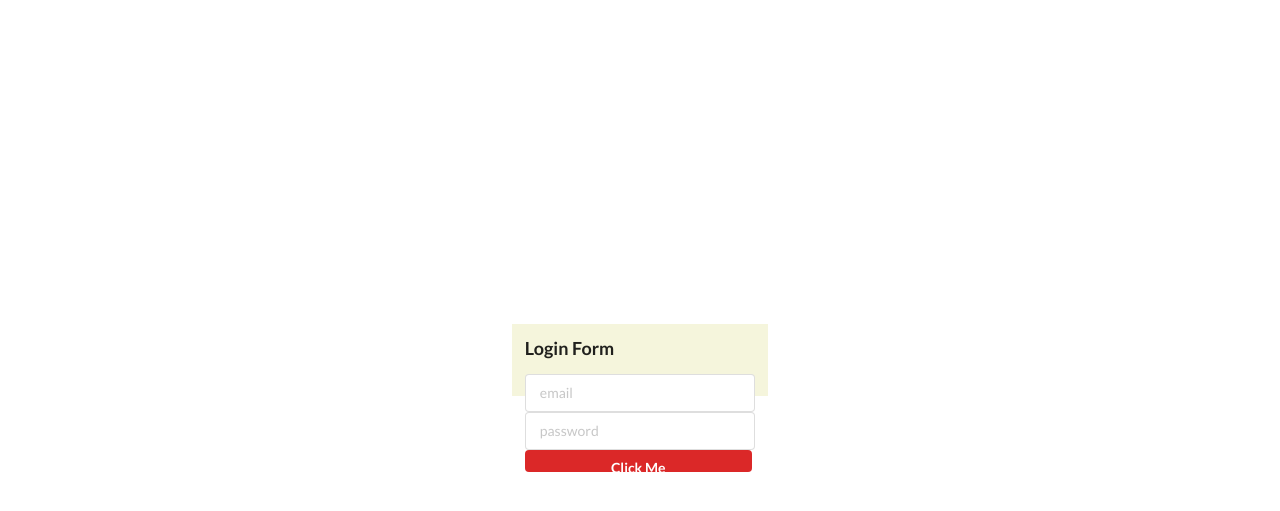
Repository: anagarango/dai-week4-assignment
Page: / (app in dai_web_ex/)
These files come from the project's save history. The page is drawn as it stood at one moment and after the next save; the edit follows.
The browser window is 1280 px wide. The pictures show the whole page.
The project was rebuilt for these pictures with package versions that can differ from the ones it lists, and the page was loaded fresh each time. The framework's server and built-in components were replaced by stand-ins that run in the browser. Also part of the build but not shown: dai_web_ex/next.config.js.

Above is the page before, as saved 2022-09-26 16:23:20.

After the next save:
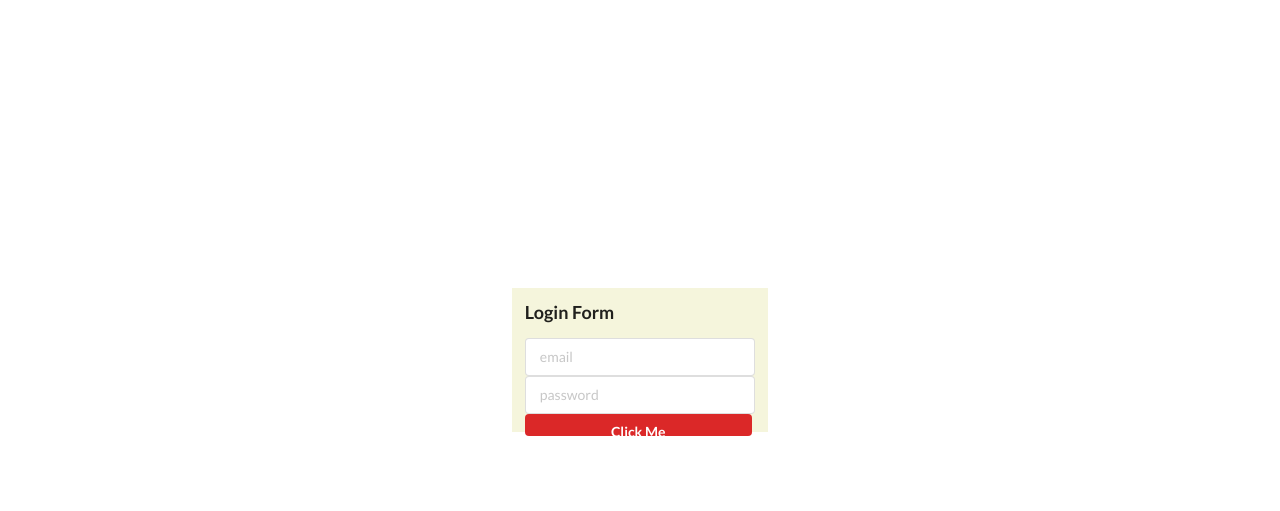
Saved 13 s later.
--- a/dai_web_ex/comps/loginform/index.js
+++ b/dai_web_ex/comps/loginform/index.js
@@ -8,7 +8,7 @@ export default function LoginForm({
 
   const Box = styled.div`
     width: 20%;
-    height: 10%;
+    height: 20%;
     background-color: beige;
     display:flex;
     flex-direction: column;
